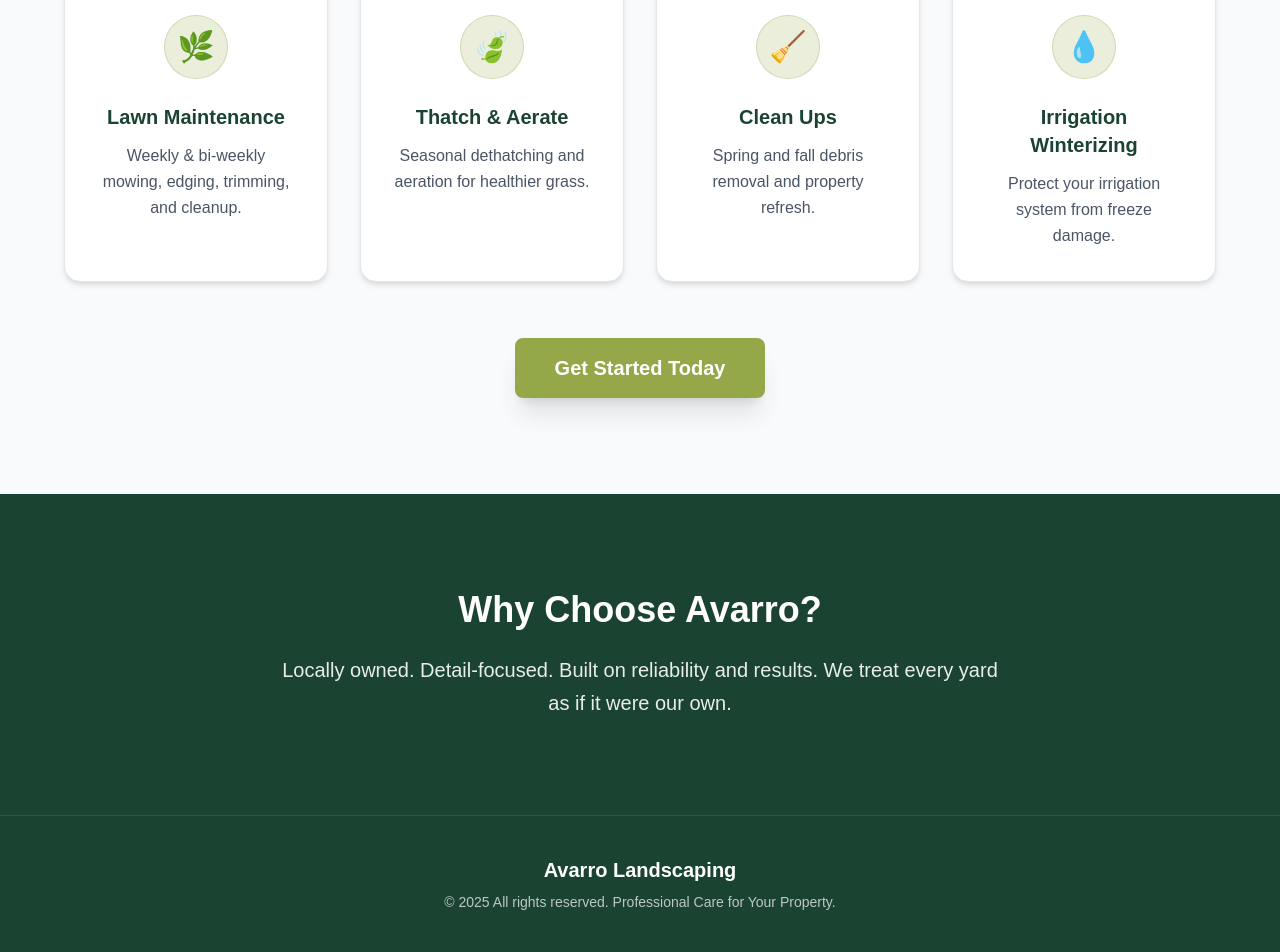
Repository: KalebMalone/Avarro
Page: /
The author's editor kept a copy of each file at every save. The page is drawn from the files as they stood at one save, then again after the next save.
The browser window is 1280 px wide. The pictures show the part of the page from y = 866 to 1818 px (the page is 1818 px tall before and 1786 px after).
The project was rebuilt for these pictures with package versions that can differ from the ones it lists, and the page was loaded fresh each time. Also part of the build but not shown: vite.config.js, src/pages/ServicesPage.jsx, src/pages/About.jsx, src/components/ContactForm.jsx, src/pages/Contact.jsx.

Above is the page before, as saved 2026-01-28 14:00:49.

### index.html
<!doctype html>
<html lang="en">
  <head>
    <meta charset="UTF-8" />
    <link rel="icon" type="image/svg+xml" href="/vite.svg" />
    <meta name="viewport" content="width=device-width, initial-scale=1.0" />
    <title>avarro-site</title>
  </head>
  <body>
    <div id="root"></div>
    <script type="module" src="/src/main.jsx"></script>
  </body>
</html>

### src/index.css
@import "tailwindcss";

html,
body {
    background-color: #f9fafb;
    /* Matches Gray-50 */
    margin: 0;
    padding: 0;
    overflow-x: hidden;
    font-family: sans-serif;
    /* Prevents Times New Roman if Tailwind takes a second to load */
}

/* Fixes iPhone zoom issues on inputs */
input,
textarea {
    font-size: 16px !important;
}

### src/App.jsx
import { BrowserRouter as Router, Routes, Route } from "react-router-dom";
import Navbar from "./components/Navbar";
import Footer from "./components/Footer";
import Home from "./pages/Home";
import ServicesPage from "./pages/ServicesPage";
import About from "./pages/About";
import Contact from "./pages/Contact";

export default function App() {
    return (
        <Router>
            {/* min-h-screen + bg-gray-50 keeps the color consistent */}
            <div className="flex flex-col min-h-screen bg-gray-50">
                <Navbar />
                {/* flex-grow pushes footer down on short pages like Contact */}
                <main className="flex-grow pt-32 md:pt-20">
                    <Routes>
                        <Route path="/" element={<Home />} />
                        <Route path="/services" element={<ServicesPage />} />
                        <Route path="/about" element={<About />} />
                        <Route path="/contact" element={<Contact />} />
                    </Routes>
                </main>
                <Footer />
            </div>
        </Router>
    );
}

### src/components/Navbar.jsx
import { Link } from "react-router-dom";

export default function Navbar() {
    return (
        <nav className="fixed top-0 left-0 w-full h-20 bg-white shadow-md z-[100] flex items-center">
            <div className="max-w-7xl mx-auto px-4 w-full flex items-center justify-between">
                <Link to="/" className="text-xl sm:text-2xl font-extrabold text-[#1a4332] no-underline">
                    Avarro
                </Link>

                <div className="flex space-x-3 sm:space-x-8 font-semibold text-gray-700 text-sm sm:text-base">
                    <Link to="/services" className="no-underline hover:text-[#1a4332] transition">Services</Link>
                    <Link to="/about" className="no-underline hover:text-[#1a4332] transition">About</Link>
                    <Link to="/contact" className="no-underline hover:text-[#1a4332] transition">Contact</Link>
                </div>
            </div>
        </nav>
    );
}

### src/components/Footer.jsx
export default function Footer() {
    return (
        /* Changed bg-white to #1a4332 to match your bottom section */
        <footer className="bg-[#1a4332] border-t border-white/10 py-10 text-white">
            <div className="max-w-7xl mx-auto px-6 text-center">
                <p className="font-bold text-xl mb-2">Avarro Landscaping</p>
                <p className="opacity-70 text-sm">
                    © {new Date().getFullYear()} All rights reserved. Professional Care for Your Property.
                </p>
            </div>
        </footer>
    );
}

### src/pages/Home.jsx
import Hero from "../components/Hero";
import Services from "../components/Services";
import { Link } from "react-router-dom";

export default function Home() {
    return (
        <div className="bg-gray-50">
            <Hero />

            <section className="py-24 px-6">
                <h2 className="text-4xl font-extrabold text-center mb-16 text-[#1a4332]">
                    Our Services
                </h2>
                <div className="max-w-6xl mx-auto">
                    <Services />
                </div>

                <div className="text-center mt-14">
                    <Link
                        to="/contact"
                        className="inline-block bg-[#94a84a] hover:bg-[#1a4332] text-white px-10 py-4 rounded-lg font-bold text-xl shadow-xl no-underline transition active:scale-95"
                    >
                        Get Started Today
                    </Link>
                </div>
            </section>

            {/* Bottom Section - Deep Forest Green */}
            <section className="py-24 bg-[#1a4332] text-white text-center">
                <h2 className="text-4xl font-extrabold mb-6">
                    Why Choose Avarro?
                </h2>
                <p className="text-xl opacity-90 max-w-3xl mx-auto px-6 leading-relaxed">
                    Locally owned. Detail-focused. Built on reliability and results.
                    We treat every yard as if it were our own.
                </p>
            </section>
        </div>
    );
}

### src/components/Hero.jsx
import { Link } from "react-router-dom";

export default function Hero() {
    return (
        <section className="h-[90vh] bg-[url('https://images.unsplash.com/photo-1603993097397-89e41fdbf1c0?auto=format&fit=crop&w=1950&q=80')] bg-cover bg-center -mt-32 md:-mt-20">
            <div className="h-full flex items-center bg-gradient-to-t from-black/60 to-black/30">
                <div className="max-w-4xl mx-auto px-6 text-center text-white">
                    <h1 className="text-5xl md:text-7xl font-extrabold mb-6 drop-shadow-2xl">
                        Transforming Outdoor Spaces
                    </h1>
                    <p className="text-xl md:text-2xl mb-10 opacity-90">
                        Professional, reliable landscaping services you can trust.
                    </p>
                    <Link
                        to="/contact"
                        className="inline-block bg-[#94a84a] hover:bg-[#1a4332] text-white transition px-10 py-4 rounded-full font-bold text-xl shadow-xl no-underline active:scale-95"
                    >
                        Request a Free Quote
                    </Link>
                </div>
            </div>
        </section>
    );
}

### src/components/Services.jsx
const services = [
    {
        title: "Lawn Maintenance",
        desc: "Weekly & bi-weekly mowing, edging, trimming, and cleanup.",
        icon: "🌿",
    },
    {
        title: "Thatch & Aerate",
        desc: "Seasonal dethatching and aeration for healthier grass.",
        icon: "🍃",
    },
    {
        title: "Clean Ups",
        desc: "Spring and fall debris removal and property refresh.",
        icon: "🧹",
    },
    {
        title: "Irrigation Winterizing",
        desc: "Protect your irrigation system from freeze damage.",
        icon: "💧",
    },
];

export default function Services() {
    return (
        <div className="grid grid-cols-1 sm:grid-cols-2 lg:grid-cols-4 gap-8 items-stretch">
            {services.map((service, i) => (
                <div
                    key={i}
                    className="bg-white rounded-2xl p-8 shadow-md border border-gray-200
                    hover:shadow-xl hover:-translate-y-1 transition-all duration-300
                    text-center flex flex-col items-center w-full h-full"
                >
                    {/* Icon Bubble - Now very visible */}
                    <div className="w-16 h-16 rounded-full bg-[#94a84a]/20
                        flex items-center justify-center text-3xl mb-6 border border-[#94a84a]/30">
                        {service.icon}
                    </div>

                    <h3 className="text-xl font-bold text-[#1a4332] mb-3">
                        {service.title}
                    </h3>

                    <p className="text-gray-600 leading-relaxed flex-grow">
                        {service.desc}
                    </p>
                </div>
            ))}
        </div>
    );
}

Loaded but not shown: src/main.jsx (common file)

After the next save:
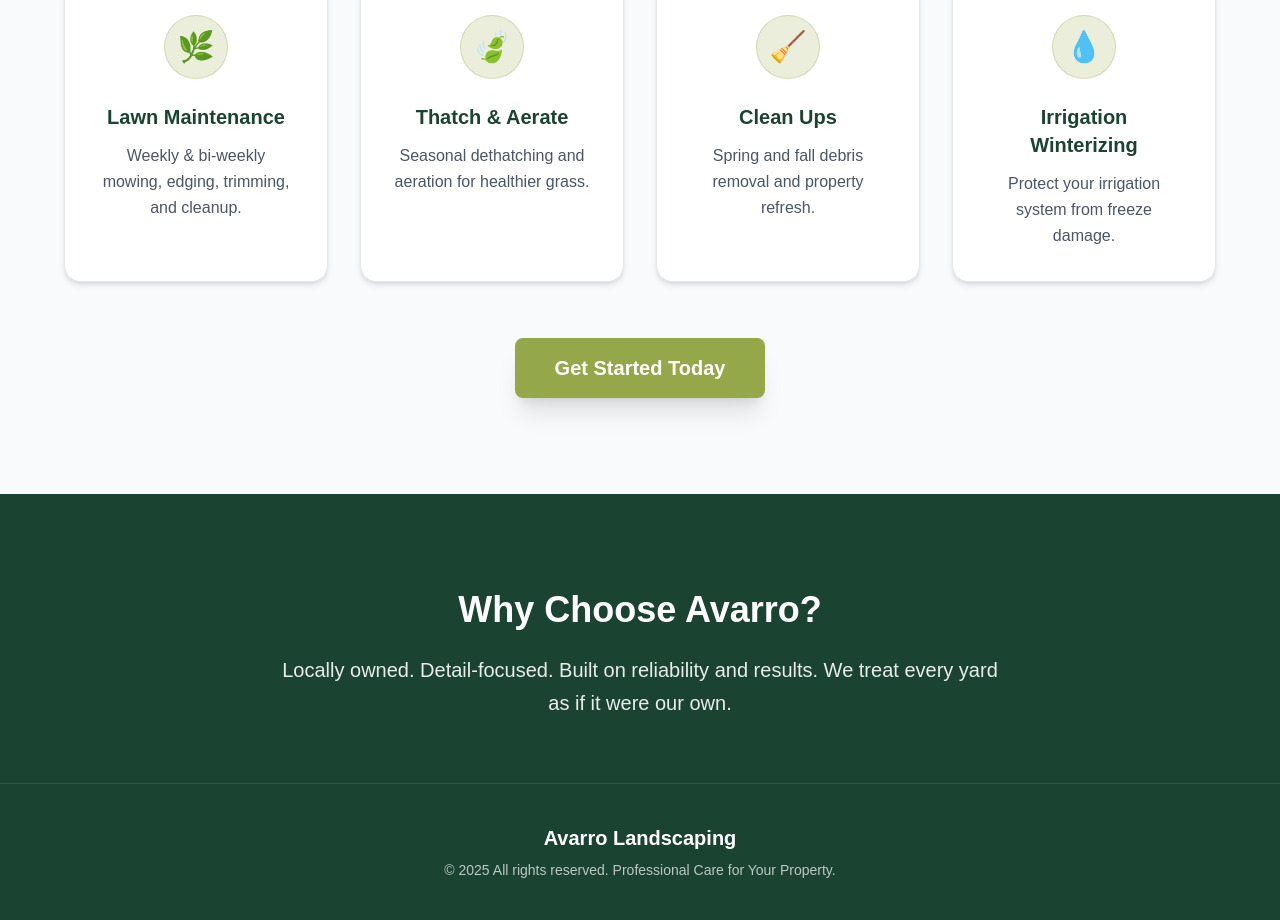
Saved 10 s later.
--- a/src/pages/Home.jsx
+++ b/src/pages/Home.jsx
@@ -25,8 +25,8 @@
                 </div>
             </section>
 
-            {/* Bottom Section - Deep Forest Green */}
-            <section className="py-24 bg-[#1a4332] text-white text-center">
+            {/* Bottom Section - No bottom padding so it touches the footer */}
+            <section className="pt-24 pb-16 bg-[#1a4332] text-white text-center">
                 <h2 className="text-4xl font-extrabold mb-6">
                     Why Choose Avarro?
                 </h2>
